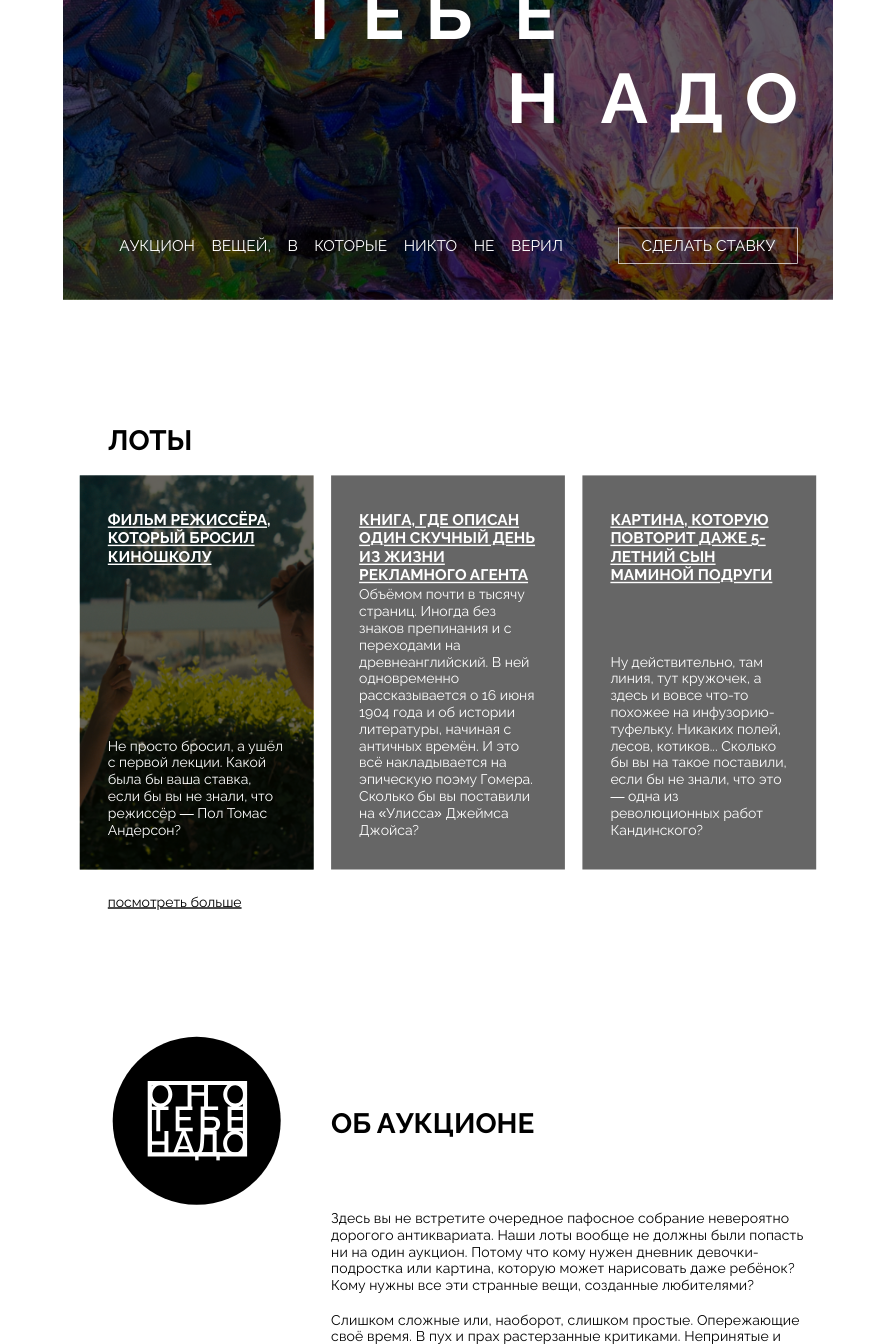
Repository: Smoyki/ono-tebe-nado
Page: index.html
These files come from the project's save history. The page is drawn as it stood at one moment and after the next save; the edit follows.
The browser window is 1280 px wide. The pictures show the part of the page from y = 623 to 2543 px (the page is 3028 px tall), at 70% of full size.

Above is the page before, as saved 2024-04-20 21:42:29.

### index.html
<!DOCTYPE html>
<html lang="ru">
  <head>
    <meta charset="UTF-8" />
    <meta http-equiv="X-UA-Compatible" content="IE=edge" />
    <meta name="viewport" content="width=device-width, initial-scale=1.0" />
    <title>Оно тебе надо — аукцион вещей, в которые никто не верил!</title>
    <link rel="stylesheet" href="./fonts/fonts.css" />
    <link rel="stylesheet" href="./styles/global.css" />
    <link rel="stylesheet" href="./styles/style.css" />
  </head>

  <body>
    <div class="wrapper">
      <header class="header">
        <nav class="header__menu">
          <ul class="header__links-list">
            <li class="header__links-list-item_no-bullit">
              <a class="header__link link-active" href="#">главная</a>
            </li>
            <li class="header__links-list-item">
              <a class="header__link" href="#"
                >посмотреть лоты</a
              >
            </li>
            <li class="header__links-list-item">
              <a class="header__link" href="#"
                >об аукционе</a
              >
            </li>
          </ul>
        </nav>
        <a class="header__logo"
          ><img
            alt="Логотип"
            class="header__logo-image"
            src="./images/logo-black.svg"
        /></a>
        <address class="address header__address">
          <a class="address__item " href="tel:+99995555555">+9 999 555 5555</a>
          <a class="address__item " href="mailto:info@sobaka.ge"
            >info@sobaka.ge</a
          >
          <p class="address-text">
            наб. Принсенграхт 263-<br />265, Амстердам
          </p>
        </address>
      </header>
      <main class="main_sections">
        <section class="cover content-section">
          <div class="overlay"></div>
          <h1 class="cover__title">
            <span class="aligned-text"
              >о<span class="letter-spacing-extended">но</span></span
            >
            <span class="aligned-text aligned-text_center"
              >те<span class="letter-spacing-extended">бе</span></span
            >
            <span class="aligned-text aligned-text_right"
              ><span class="letter-spacing-extended">н</span>ад<span
                class="remove-spacing"
                >о</span
              ></span
            >
          </h1>
          <div class="cover__description">
            <p class="cover__description-text">
              Аукцион вещей, в которые никто не верил
            </p>
            <button class="bet-button">Сделать ставку</button>
          </div>
        </section>
        <section class="lots">
          <h2 class="lots_heading"> Лоты</h2>
          <ul class="lots__card-list">
            <li class="lots__card-list-item card_type_film">
              <a href="#" class="card-link">
                <article class="card-info">
                  <h3 class="article-titel">Фильм режиссёра, который бросил киношколу</h3>
                  <p class="article-text">Не просто бросил, а ушёл с первой лекции. Какой была бы ваша ставка, если бы вы не знали, что режиссёр — Пол Томас Андерсон?</p>
                </article>
              </a>
            </li>
            <li class="lots__card-list-item card_type_book">
              <a href="#" class="card-link">
                <article class="card-info">
                  <h3 class="article-titel">Книга, где описан один скучный день из жизни рекламного агента</h3>
                  <p class="article-text">Объёмом почти в тысячу страниц. Иногда без знаков препинания и с переходами на древнеанглийский. В ней одновременно рассказывается о 16 июня 1904 года и об истории литературы, начиная с античных времён. И это всё накладывается на эпическую поэму Гомера. Сколько бы вы поставили на «Улисса» Джеймса Джойса?</p>
                </article>
              </a>
            </li>
            <li class="lots__card-list-item card_type_picture">
              <a href="#" class="card-link">
                <article class="card-info">
                  <h3 class="article-titel">Картина, которую повторит даже 5-летний сын маминой подруги</h3>
                  <p class="article-text">Ну действительно, там линия, тут кружочек, а здесь и вовсе что-то похожее на инфузорию-туфельку. Никаких полей, лесов, котиков... Сколько бы вы на такое поставили, если бы не знали, что это — одна из революционных работ Кандинского?</p>
                </article>
              </a>
            </li>
          </ul>
          <a href="#" class="lots-more-link">посмотреть больше</a>
        </section>
        <section class="about content-section">
          <div class="logo__container">
            <div class="about__logo">
              <img
                class="about__logo-image"
                src="./images/logo-white.svg"
                alt="Логотип проекта"
              />
            </div>
          </div>
          <div class="second__column__text">
            <div class="about__column_text">
              <h2 class="about__title">Об аукционе</h2>
              <div class="about__text">
                <p>
                  Здесь вы не встретите очередное пафосное собрание невероятно
                  дорогого антиквариата. Наши лоты вообще не должны были попасть
                  ни на один аукцион. Потому что кому нужен дневник
                  девочки-подростка или картина, которую может нарисовать даже
                  ребёнок? Кому нужны все эти странные вещи, созданные
                  любителями?
                </p>
                <p>
                  Слишком сложные или, наоборот, слишком простые. Опережающие
                  своё время. В пух и прах растерзанные критиками. Непринятые и
                  непонятые. Когда-то они казались просто неудачными. Но,
                  несмотря на критику, кажущуюся простоту или сложность, сейчас
                  без этих лотов невозможно представить современную культуру.
                  Когда в эти вещи не верил никто, продолжали верить их
                  создатели. И сейчас эти лоты стали культовыми.
                </p>
              </div>
            </div>
          </div>
        </section>
      </main>
      <footer class="footer">
        <address class="address">
          <a class="address__item" href="tel:+99995555555">+9 999 555 5555</a>
          <a class="address__item" href="mailto:info@sobaka.ge"
            >info@sobaka.ge</a
          >
          <p class="foother_address__address-text">
            наб. Принсенграхт 263-<br />265, Амстердам
          </p>
        </address>
        <nav class="footer__menu">
          <ul class="footer__menu-list">
            <li class="footer__menu-list-item">
              <a class="footer__menu-link link-active" href="#">главная</a>
            </li>
            <li class="footer__menu-list-item">
              <a class="footer__menu-link " href="#">посмотреть лоты</a>
            </li>
            <li class="footer__menu-list-item">
              <a class="footer__menu-link " href="#">об аукционе</a>
            </li>
          </ul>
        </nav>
        <ul class="footer__social-list">
          <li class="footer__social-list-item">
            <a class="footer__social-link" href="#"
              ><img
                class="footer__social-icon"
                src="./images/yt.svg"
                alt="Иконка"
            /></a>
          </li>
          <li class="footer__social-list-item">
            <a class="footer__social-link" href="#"
              ><img
                class="footer__social-icon"
                src="./images/vk.svg"
                alt="Иконка"
            /></a>
          </li>
          <li class="footer__social-list-item">
            <a class="footer__social-link" href="#"
              ><img
                class="footer__social-icon"
                src="./images/pinterest.svg"
                alt="Иконка"
            /></a>
          </li>
        </ul>
      </footer>
    </div>
  </body>
</html>

### styles/style.css
.main_sections {
  flex-direction: column;
  display: grid;
  grid-template-rows: repeat(3, auto);
}

.content-section {
  margin: auto 0;
  width: 100%;
}

.header {
  max-width: 1052px;
  margin: auto;
  padding: 92px 24px 92px 19px;
  display: grid;
  grid-template-columns: 2fr 1fr 2fr;
  justify-content: space-around;
  justify-items: center;
  align-items: center;
}

.header__links-list {
  display: flex;
  flex-direction: row;
  gap: 34px;
  list-style: none;
  font-size: 18px;
  line-height: 21px;
  flex-wrap:wrap;
}

.header__menu {
  max-width: 392px;
}

.header__links-list-item {
  list-style: circle;
  text-decoration: underline;
}

.header__links-list-item_no-bullit {
  list-style: none;
}

.header__link {
  font-size: 18px;
  text-decoration:underline;
}

.header__link_active {
  text-decoration:none;
}

.header__logo {
  display:block;
  justify-self: center;
  align-self: center;
  width: fit-content;
  height: fit-content;
}

.header__logo-image {
  width: 148px;
  height: 105px;
  margin: auto;
}

.address {
  max-width: 241px;
  display: flex;
  flex-direction: column;
  font-size: 18px;
  font-style: normal;
  justify-self: end;
  line-height: 24.3px;
  padding: 0px 38px 0px 0px;
  font-family: "Raleway", sans-serif;
}


.address__item {
  display: flex;
  text-underline-position: under;
}

.cover {
  position: relative;
  background-image: url(../images/cover.jpg);
  background-position:center;
  background-repeat: no-repeat;
  background-size: cover;
  padding: 165px 50px 51px 50px;
}

.overlay {
  position: absolute;
  top: 0;
  left: 0;
  z-index: 1;
  width: 100%;
  height: 100%;
  background: rgba(0, 0, 0, 0.6);
}

.cover__title {
  position: relative;
  z-index: 3;
  line-height: 1.15;
  letter-spacing: 30px;
  text-transform: uppercase;
  display: flex;
  flex-direction: column;
  gap: 20px;
  color: #FFF;
  font-weight: bold;
  font-size: 100px;

}

.aligned-text {
  display: block;
}

.aligned-text_center {
  line-height: 1;
  text-align: center;
}

.aligned-text_right {
  line-height: 1;
  text-align: right;
}

.letter-spacing-extended {
  letter-spacing: 60px;
}

.remove-spacing {
  letter-spacing: normal;
}

.cover__description {
  position: relative;
  z-index: 1;
  display: flex;
  justify-content: flex-end;
  align-items: center;
  gap: 79px;
  padding: 135px 0px 0px 0px;
}

.cover__description-text {
  color: #FFF;
  font-size: 22px;
  line-height: 1.27;
  text-transform: uppercase;
  word-spacing: 18px;
}

.bet-button {
  border: 1px #FFF solid;
  padding: 12px 32px;
  color: #FFF;
  font-family: 'Raleway', sans-serif;
  font-weight: normal;
  font-size: 22px;
  line-height: 26px;
  text-transform: uppercase;
  background-color: transparent;
  cursor: pointer;
}

.bet-button:hover {
  color: #000000;
  background-color: #FFF;
}


.lots {
  display: grid;
  grid-template-rows: repeat(3, auto);
  gap: 27px;
  padding: 177px 24px 0px 24px;
}

.lots_heading {
  font-size: 40px;
  line-height: 47px;
  margin-left: 40px;
  text-transform: uppercase;
}

.lots__card-list {
  display: grid;
  grid-template-columns: repeat(3, auto);
  gap: 25px;
}

.lots__card-list-item {
  display: block;
  position: relative;
  min-width: 334px;
  min-height: 563px;
}

.lots__card-list-item::before {
  content: "";
  position: absolute;
  top: 0;
  left: 0;
  z-index: 1;
  background-color: rgb(0, 0, 0, 0.6);
  inset: 0;
}

/*---настройка картиночек для лотов---*/

.card_type_film {
  background-image: url(../images/card-lot-01.jpg);
}

.second-img {
  background-image: url(../images/card-lot-02.jpg);
}

.third-img {
  background-image: url(../images/card-lot-03.jpg);
}

.card_type_film,
.card_type_book,
.card_type_picture,
.cover {
  background-size: cover;
  background-position: top;
}

.lots-more-link {
  width: fit-content;
  line-height: 24px;
  margin-left: 40px;
  font-size: 20px;
  text-decoration: none;
  padding: 7px 0px 0px 0px;
  text-decoration: underline;
}

.card-link {
  text-decoration: none;
}

/*---Оформление текста для лотов---*/

.card-info {
  display: flex;
  flex-direction: column;
  justify-content: space-between;
  height: 100%;
  padding: 50px 40px 45px 40px;
}

.article-titel {
  font-size: 22px;
  line-height: 120%;
  font-style: normal;
  text-decoration: underline;
}

.article-text {
  font-weight: 100;
  max-height: 360px;
  font-size: 20px;
  line-height: 120%;
}

.article-text,
.article-titel {
  position: relative;
  z-index: 3;
  color: white;
}

.lots_title,
.article-titel {
  text-transform: uppercase;
}


/* Тут начало секции about */
.about {
  display:  grid;
  grid-template-columns: 287px auto;
  padding:146px 0px 0px 24px;
  max-width: 1052px;
  column-gap:72px;
}

.about__column_text {
  padding-top:135px;
  display: flex;
  height: fit-content;
  font-family: "Raleway", sans-serif;
  font-style: normal;
  font-weight: 400;
  flex-direction: column;
  gap:100px;
  min-width: 693px;
}

.about__logo {
  display: flex;
  justify-content: center;
  align-items: center;
  border-radius: 50%;
  background-color: #000000;
  width: 240px;
  height: 240px;
}

.logo__container {
  display: block;
  padding:35px 0px 0px 47px;
  width:fit-content;
  height:fit-content;
}

.about__logo-image {
  width: 148px;
  height: 114px;
}

.about__title {
  /* padding: 3px 0px 100px 0px; */
  font-weight: bold;
  font-size: 40px;
  line-height: 46.96px;
  text-transform: uppercase;
}

.about__text {
  display: flex;
  flex-direction:column;
  gap: 25px;
  font-size: 20px;
  line-height: 24px;
  letter-spacing: 0.01em;
}

.footer {
  display: flex;
  justify-content: space-between;
  padding: 179px 50px 88px 50px;
  gap:25px;
}

.footer__social-icon {
  width: 48px;
  height: 48px;
}

.footer__menu-list {
  display: flex;
  flex-direction: column;
  align-items: center;
  font-size: 18px;
  line-height: 21.13px;
  height: fit-content;
}

.foother__links-list {
  display:flex;
  flex-direction:column;
}

.footer__social-list-item {
  list-style: none;
}

.footer__menu-list-item {
  list-style: none;
}

.link-active {
  text-decoration:none;
}

.footer__social-list {
  display:flex;
  gap: 48px;
  list-style: none;
}

Loaded but not shown: fonts/fonts.css (common file); styles/global.css (common file)

After the next save:
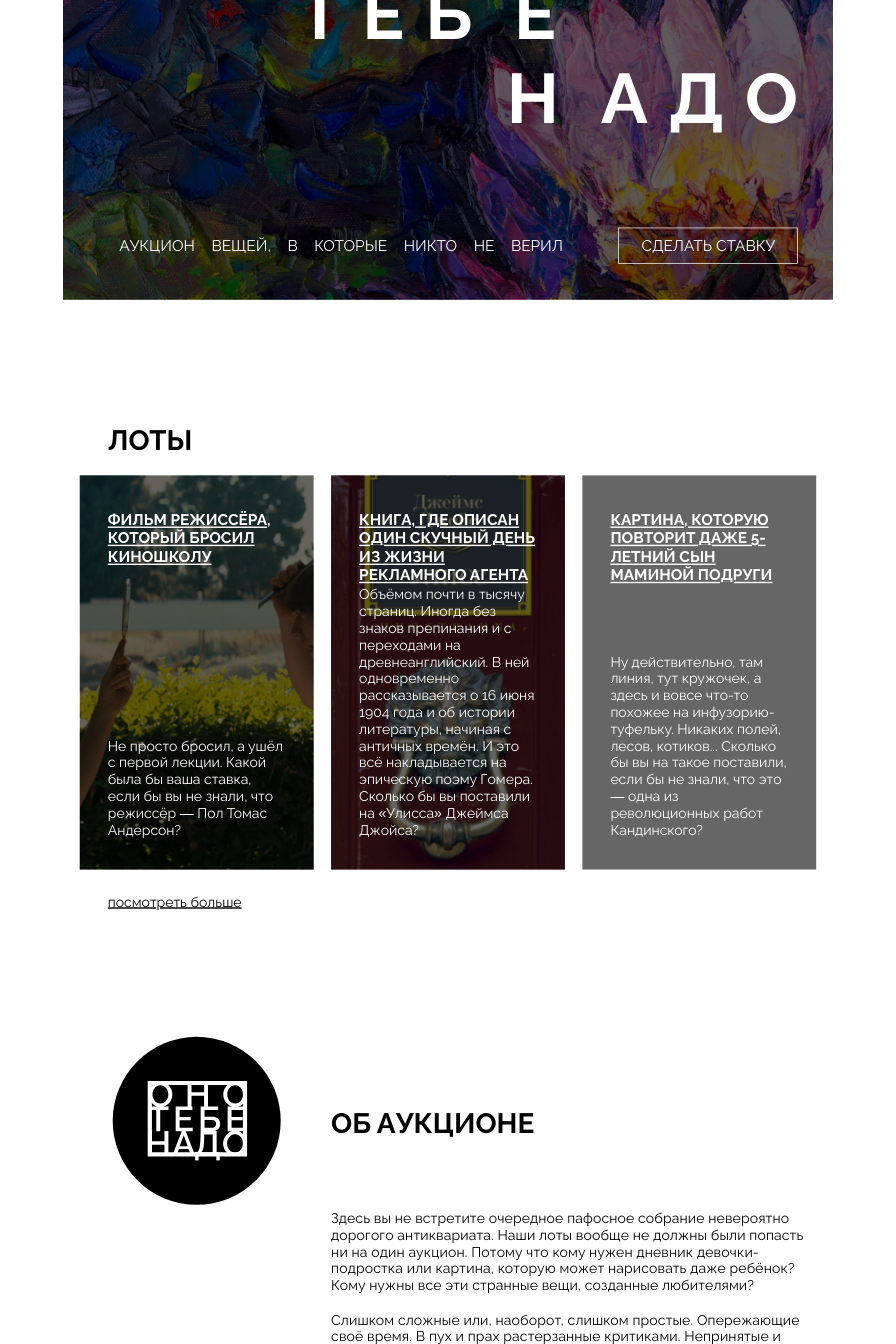
Saved 8 s later.
--- a/styles/style.css
+++ b/styles/style.css
@@ -220,7 +220,7 @@
   background-image: url(../images/card-lot-01.jpg);
 }
 
-.second-img {
+.card_type_book {
   background-image: url(../images/card-lot-02.jpg);
 }
 
